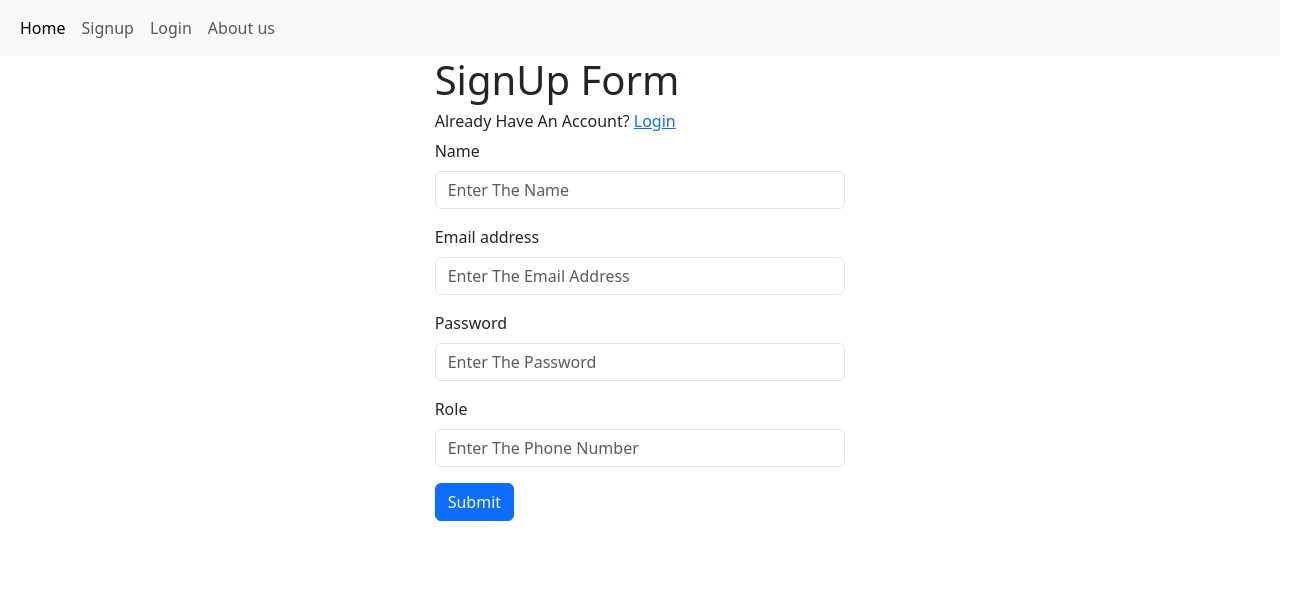
Repository: Manojs14/blob-application
Page: http://localhost/blob_application/
These files come from the project's save history. The page is drawn as it stood at one moment and after the next save; the edit follows.
The browser window is 1280 px wide. The page is 1292 px wide, so the pictures cover 1292 px, including what lies to the right of the window. The pictures show the whole page.
The page is served by Tomcat 9.

Above is the page before, as saved 2024-07-17 04:10:16.

After the next save:
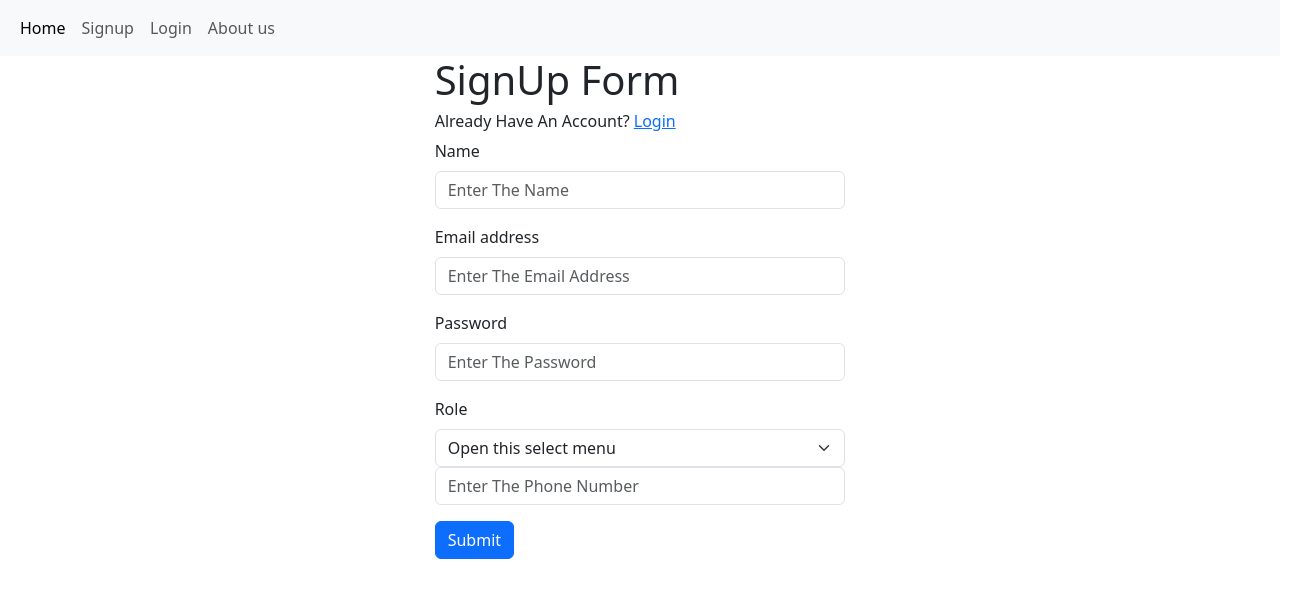
Saved 3 min 23 s later.
--- a/blob_application/src/main/webapp/index.jsp
+++ b/blob_application/src/main/webapp/index.jsp
@@ -78,6 +78,12 @@
   </div>
    <div class="mb-3">
     <label for="number" class="form-label">Role</label>
+    <select class="form-select" aria-label="Default select example">
+  <option selected>Open this select menu</option>
+  <option value="1">One</option>
+  <option value="2">Two</option>
+  <option value="3">Three</option>
+</select>
     <input type="text" class="form-control" name="pnum" id=number placeholder="Enter The Phone Number" required>
   </div>
 
